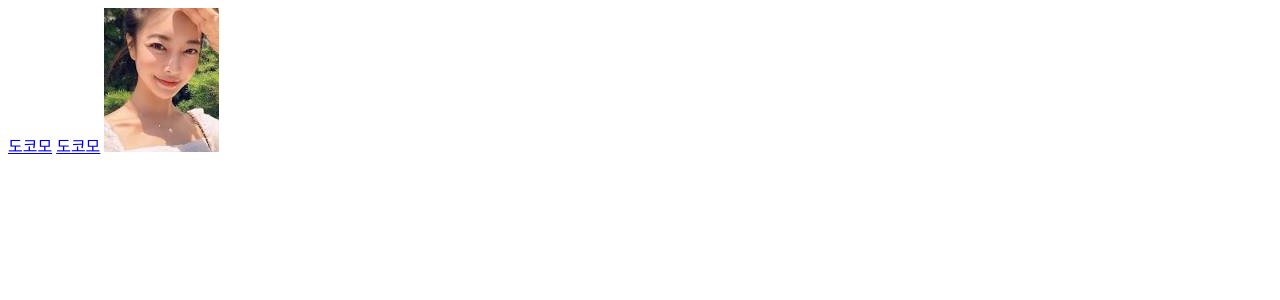
Repository: jaehyeon0418/workspace123
Page: w1025/src/webapp/w1025_03_인터넷링크.html
An editor plug-in stored every save of this project. The page is shown before and after the next save, followed by the edit.
The browser window is 1280 px wide. The pictures show the whole page.

Above is the page before, as saved 2022-10-25 02:05:49.

### w1025/src/webapp/w1025_03_인터넷링크.html
<!DOCTYPE html>
<html>
<head>
<meta charset="UTF-8">
<title>Insert title here</title>
</head>
<body>

<a href="https://www.docomo.ne.jp" target = "_self"> 도코모</a> <!-- 기존창에서 -->
<a href="https://www.docomo.ne.jp" target = "_blank"> 도코모</a>  <!-- 새창에서 -->





<a href="https://www.docomo.ne.jp" target = "_blank"><img alt="" src="data:[embedded picture, 5249 characters]"></a>  <!-- 새창에서 -->

</body>
</html>

After the next save:
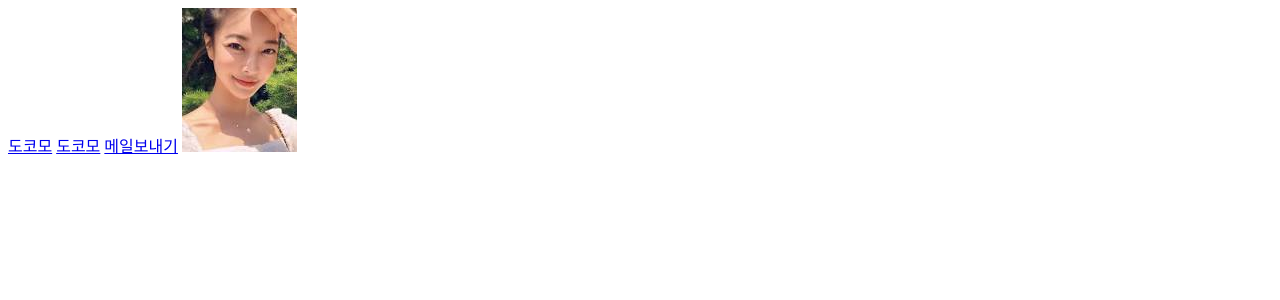
Saved 118 s later.
--- a/w1025/src/webapp/w1025_03_인터넷링크.html
+++ b/w1025/src/webapp/w1025_03_인터넷링크.html
@@ -10,6 +10,13 @@
 <a href="https://www.docomo.ne.jp" target = "_blank"> 도코모</a>  <!-- 새창에서 -->
 
 
+<a href="jaehyeon0418@gmail.com" target = "_blank"> 메일보내기</a>  <!-- 새창에서 -->
+
+
+
+
+
+
 
 
 
